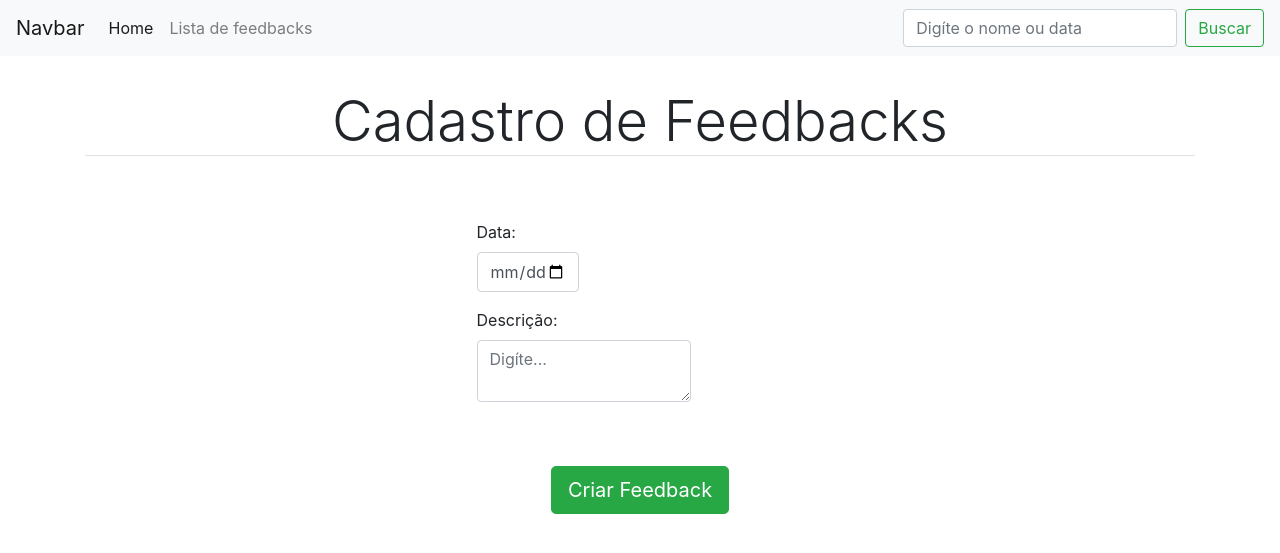
Repository: JulioSantooz/maisViagensSegundaVersao
Page: java-web(eclipse)/java-crud-mais-viagens/src/main/webapp/descricao.html
An editor plug-in stored every save of this project. The page is shown before and after the next save, followed by the edit.
The browser window is 1280 px wide. The pictures show the whole page.
Some web libraries are served in a nearby version.

Above is the page before, as saved 2022-02-06 15:17:37.

### java-web(eclipse)/java-crud-mais-viagens/src/main/webapp/descricao.html
<!DOCTYPE html>
<html>
<head>
<meta charset="ISO-8859-1">
<link rel="stylesheet" href="https://maxcdn.bootstrapcdn.com/bootstrap/4.0.0/css/bootstrap.css">
<title>+Viagens - Feedbacks</title>
</head>
<body>

<nav class="navbar navbar-expand-lg navbar-light bg-light">
  <a class="navbar-brand" href="#">Navbar</a>
  <button class="navbar-toggler" type="button" data-toggle="collapse" data-target="#navbarSupportedContent" aria-controls="navbarSupportedContent" aria-expanded="false" aria-label="Toggle navigation">
    <span class="navbar-toggler-icon"></span>
  </button>

  <div class="collapse navbar-collapse" id="navbarSupportedContent">
    <ul class="navbar-nav mr-auto">
      <li class="nav-item active">
        <a class="nav-link" href="index.html">Home <span class="sr-only">(current)</span></a>
      </li>
      <li class="nav-item">
        <a class="nav-link" href="#">Lista de feedbacks</a>
      </li>
    </ul>
    <form class="form-inline my-2 my-lg-0">
      <input name="pesquisa" class="form-control mr-sm-2" type="search" placeholder="Digíte o nome ou data" aria-label="Search">
      <button class="btn btn-outline-success my-2 my-sm-0" type="submit">Buscar</button>
    </form>
  </div>
</nav>

<main class="container text-center mt-3">
	<div class="row">
		<div class="col-12">
			<h1 class="display-4 my-3 border-bottom">Cadastro de Feedbacks</h1>
			<form action="CreateAndFind" method="POST" class="d-flex flex-column align-items-center">
                <div class="form-row mt-5 d-flex flex-column">
                    <div class="form-group col-4">
                        <label for="" class="float-left">Data:</label>
                        <input type="date" class="form-control" id="">
                    </div>
                    <div class="form-group col-8">
                        <label for="" class="float-left">Descrição:</label>
                        <textarea class="form-control" id="" placeholder="Digíte..."></textarea>
                    </div>
                </div>
                <button type="submit" class="btn btn-lg btn-success my-5">Criar Feedback</button>
            </form>
		</div>
	</div>
</main>


<script src="https://code.jquery.com/jquery-3.2.1.slim.min.js"></script>
<script src="https://cdnjs.cloudflare.com/ajax/libs/popper.js/1.12.9/umd/popper.min.js"></script>
<script src="https://maxcdn.bootstrapcdn.com/bootstrap/4.0.0/js/bootstrap.js"></script>

</body>
</html>

After the next save:
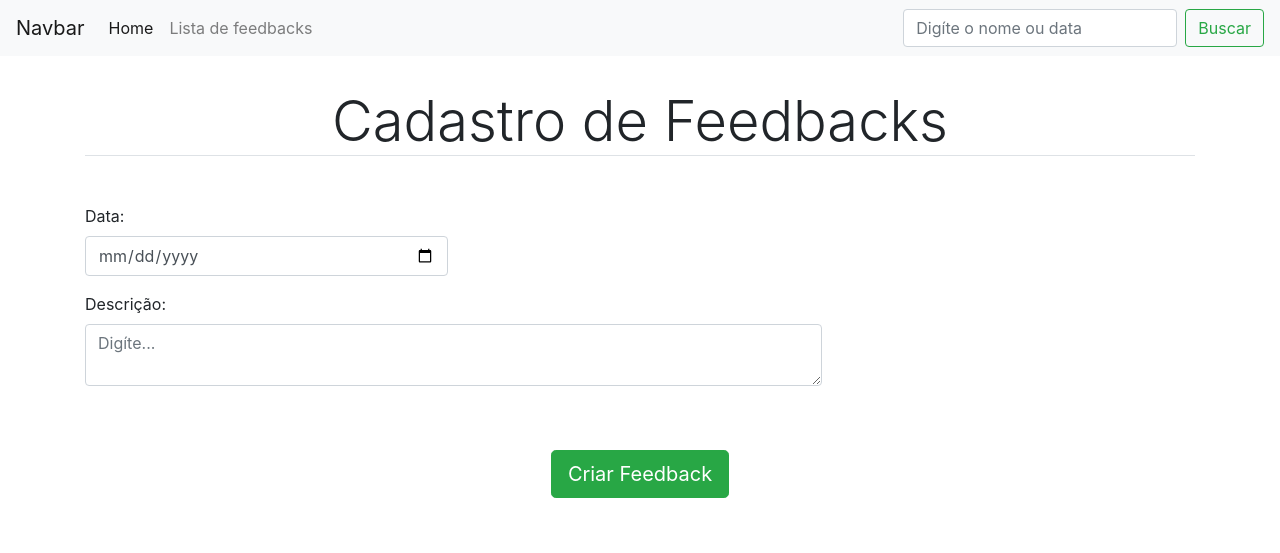
Saved 10 s later.
--- a/java-web(eclipse)/java-crud-mais-viagens/src/main/webapp/descricao.html
+++ b/java-web(eclipse)/java-crud-mais-viagens/src/main/webapp/descricao.html
@@ -33,7 +33,7 @@
 	<div class="row">
 		<div class="col-12">
 			<h1 class="display-4 my-3 border-bottom">Cadastro de Feedbacks</h1>
-			<form action="CreateAndFind" method="POST" class="d-flex flex-column align-items-center">
+			<form action="CreateAndFind" method="POST">
                 <div class="form-row mt-5 d-flex flex-column">
                     <div class="form-group col-4">
                         <label for="" class="float-left">Data:</label>
